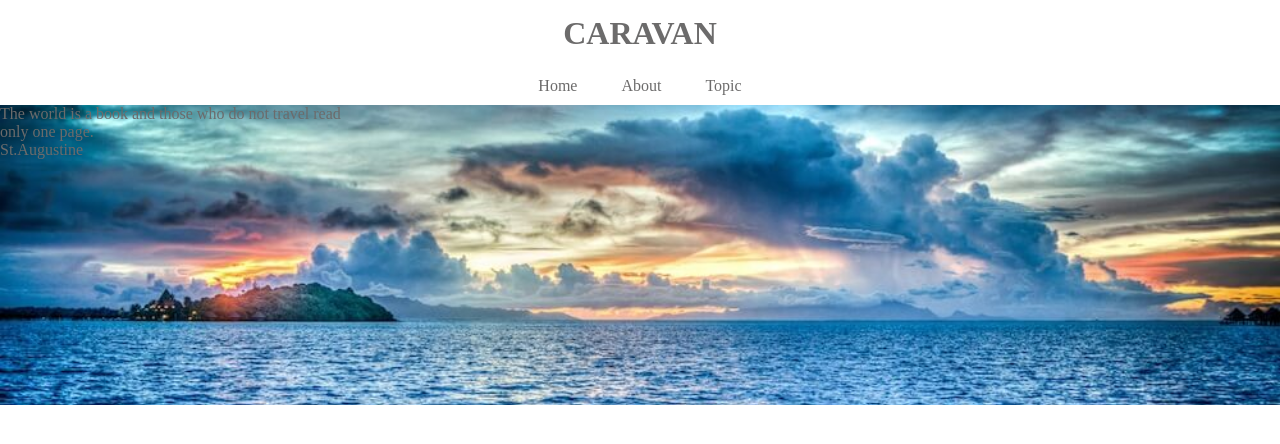
Repository: Raychel-310/chapter10
Page: chapter6/chapter6.html
The author's editor kept a record of every edit. The page is drawn from the files as they stood at one moment, then again after the next edit.
The browser window is 1280 px wide. The pictures show the whole page.

Above is the page before.

After the next edit:
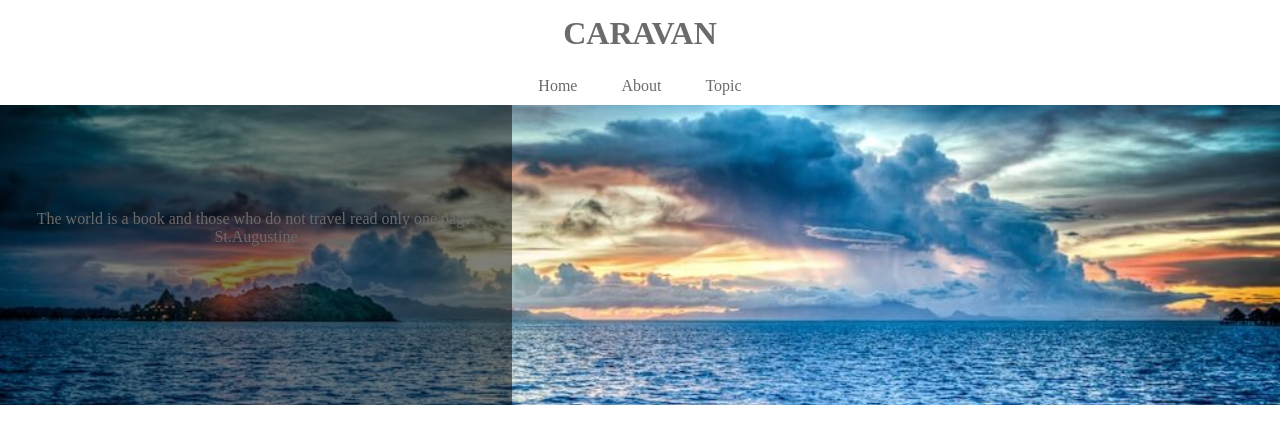
The edit:
--- a/chapter6/chapter6.css
+++ b/chapter6/chapter6.css
@@ -43,8 +43,11 @@
 }
 
 .main-visual-content {
-  width: 350px;
+  width: 40%;
   height: 300px;
+  background-color: rgba( 0, 0, 0, 0.5); /* 背景色を半透明の黒にする */
+  text-align: center; /* 文字を中央揃えにする */
+  padding-top: 105px; /* 上側の内側余白で垂直方向の位置を調整 */
 }
 
 .main {
